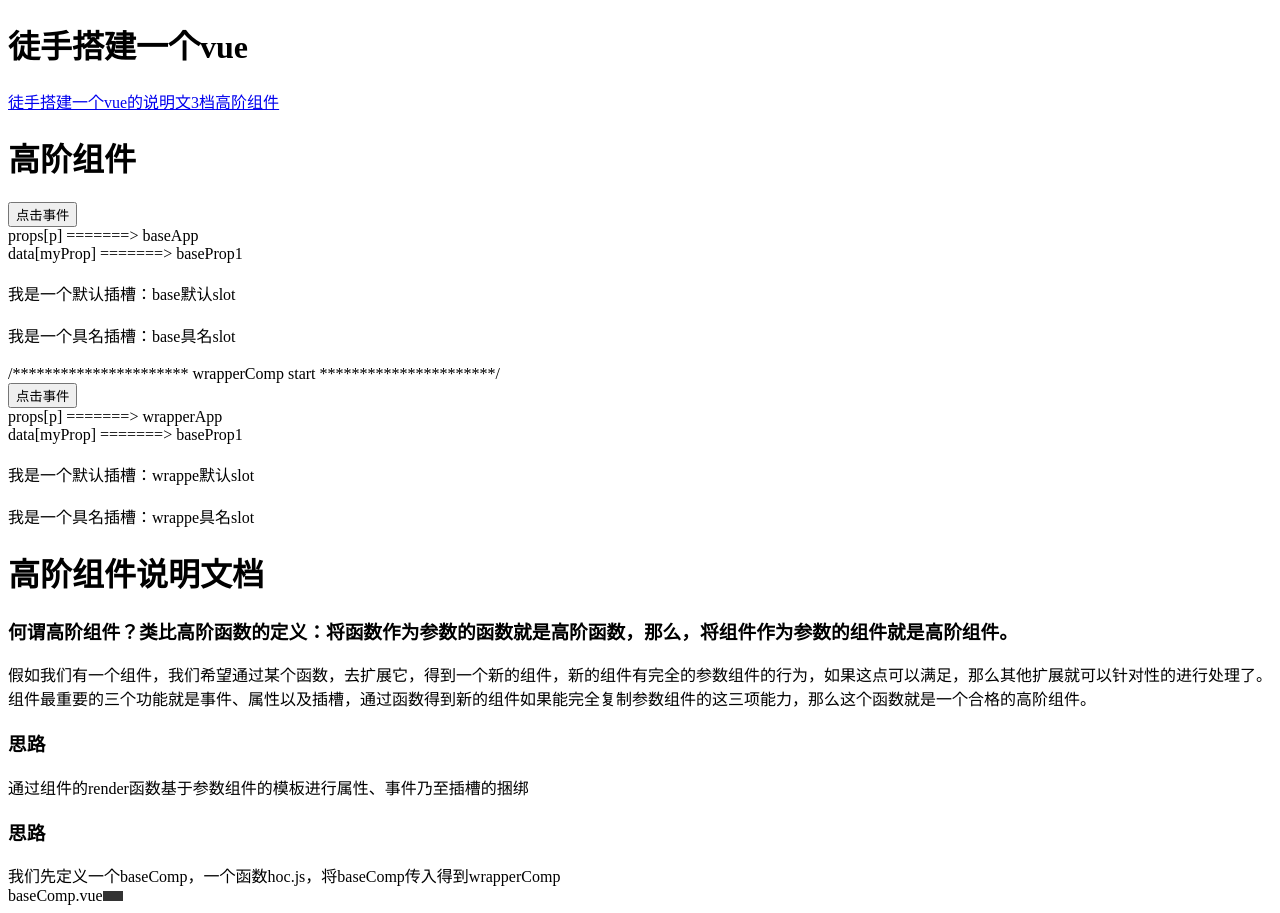
Repository: yuWhy/vue-build-cli
Page: /#/hightOrderComponents
The author's editor kept a copy of each file at every save. The page is drawn from the files as they stood at one save, then again after a run of saves.
The browser window is 1280 px wide. The pictures show the whole page.
The project was rebuilt for these pictures with package versions that can differ from the ones it lists, and the page was loaded fresh each time. Also part of the build but not shown: webpack.config.js, src/router/index.js.

Above is the page before, as saved 2021-02-22 13:26:42.

After the next 3 saves:
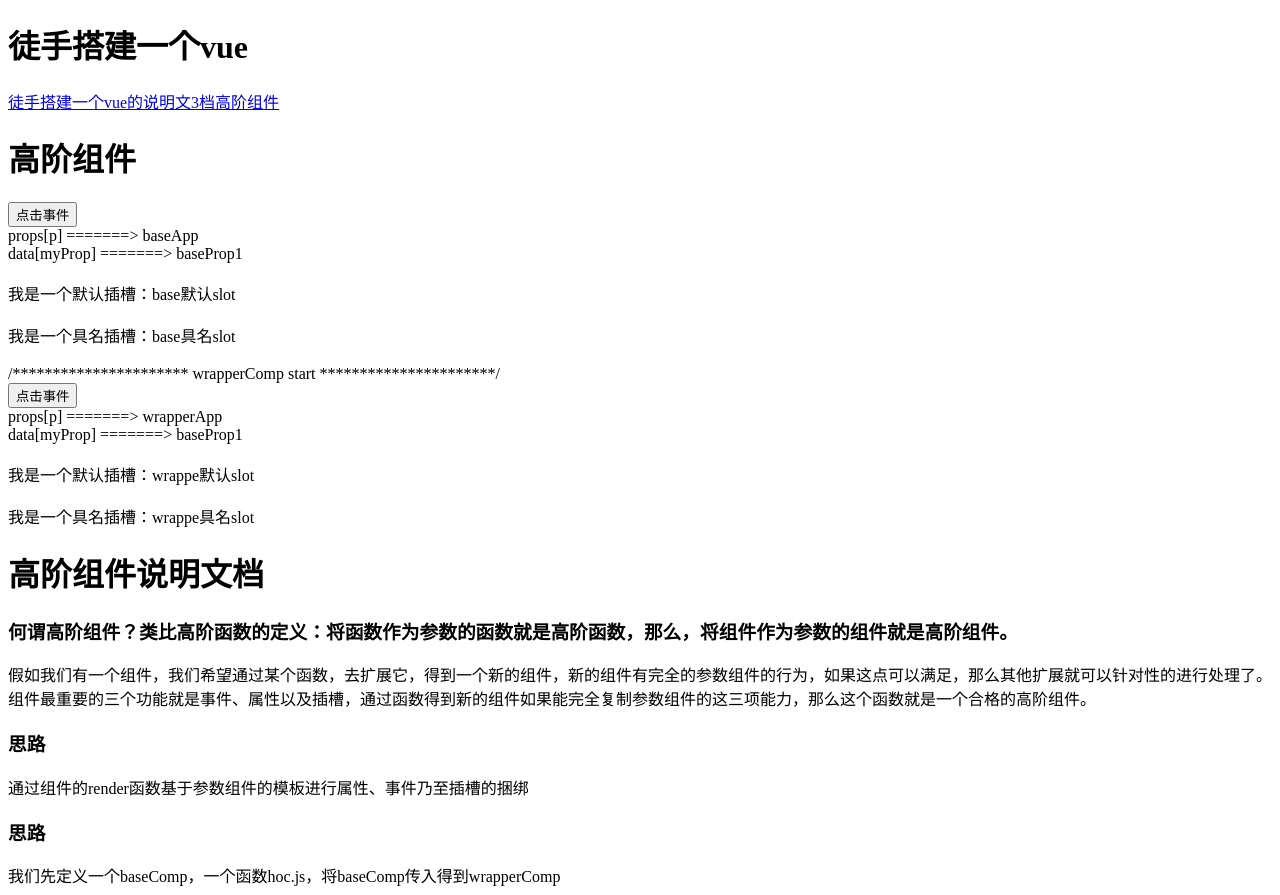
The 3 saves are shown as one change because 2 did not build or start.
The last was saved 5 min 35 s later.
--- a/src/pages/HightOrderComponents/index.vue
+++ b/src/pages/HightOrderComponents/index.vue
@@ -23,8 +23,7 @@
     <span>通过组件的render函数基于参数组件的模板进行属性、事件乃至插槽的捆绑</span>
     <h3>思路</h3>
     <span>我们先定义一个baseComp，一个函数hoc.js，将baseComp传入得到wrapperComp</span><br>
-    <span>baseComp.vue</span>
-    <div class="dimk"></div>
+
   </div>
 </template>
 
@@ -35,6 +34,11 @@ const wrapperComp = hoc(baseComp)
 export default {
   name: 'hightOrderComponents',
   components: { baseComp, wrapperComp },
+  data() {
+    return {
+      m1: ``
+    }
+  },
   methods: {
     handle() {
       alert('tyty')
